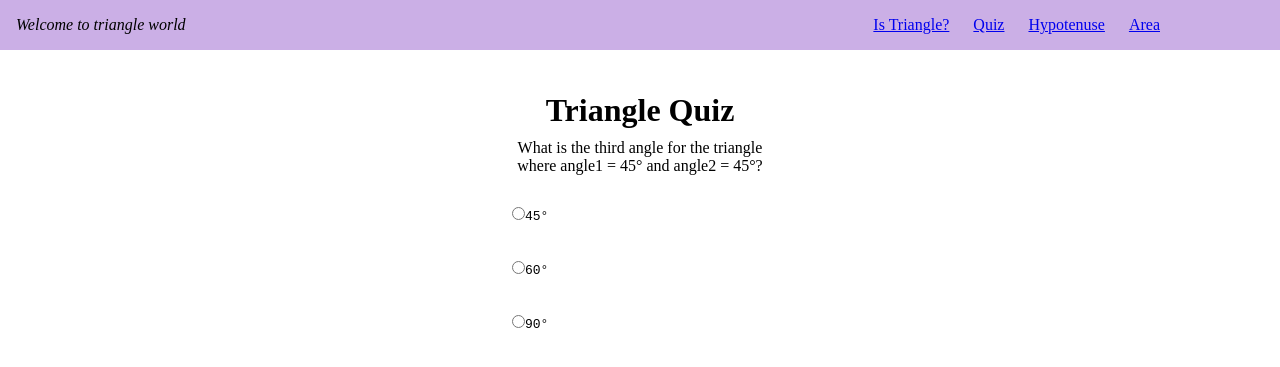
Repository: patelamancode/Fun-with-trianles
Page: quiz.html
An editor plug-in stored every save of this project. The page is shown before and after the next save, followed by the edit.
The browser window is 1280 px wide. The pictures show the whole page.

Above is the page before, as saved 2022-11-28 19:03:54.
Console error: TypeError: Cannot read properties of null (reading 'addEventListener')

### quiz.html
<!DOCTYPE html>
<html lang="en">
<head>
    <meta charset="UTF-8">
    <meta http-equiv="X-UA-Compatible" content="IE=edge">
    <meta name="viewport" content="width=device-width, initial-scale=1.0">
    <link rel="stylesheet" href="index.css">
    <title>Quiz-page</title>
</head>
<body>
    <nav id="navbar">
        <p id="nav-title">Welcome to triangle world</p>
        <div id="nav-links">
            <a href="index.html" id="Is-triangle">Is Triangle?</a>
            <a href="quiz.html" id="Is-triangle">Quiz</a>
            <a href="hypotenuse.html" id="hypo">Hypotenuse</a>
            <a href="area.html" id="area">Area</a>
        </div>
    </nav>
    <div id="main-container">
        <h1>Triangle Quiz</h1>
        <form >
            <div class="question-container">
                <p>What is the third angle for the triangle where angle1 = 45° and angle2 = 45°?</p>
                <label for="value1"><input type="radio" name="question1" />45°</label>
                <label for="value2"><input type="radio" name="question1" />60°</label>
                <label for="value3"><input type="radio" name="question1" />90°</label>
            </div>
        </form>
    </div>
    <script src="index.js"></script>
</body>
</html>

### index.css
* {
  margin: 0;
  padding: 0;
}

#navbar {
  background-color: rgba(143, 82, 201, 0.459);
  display: flex;
  flex-direction: row;
  justify-content: space-between;
  padding: 1rem;
}
#nav-title {
  font-style: italic;
  font-weight: 300;
  font-size: medium;
}
#nav-links {
  display: flex;
  flex-direction: row;
  justify-content: space-around;
  margin-right: 5rem;
}

#nav-links a {
    display: flex;
    margin-right: 1.5rem;
    cursor: pointer;
}

#main-container {
  display: flex;
  flex-direction: column;
  width: 40vw;
  margin: auto;
  margin-top: 2rem;
  padding: 10px;
  text-align: center;
}

.app-title {
  margin: 2rem 0 0 0;
}

#error-check-for-angles{
  background-color: yellow;
  display: none;
  padding: 0.5rem;
}

label {
  margin-top: 2rem;
  margin-bottom: 0.3rem;
  text-align: left;
  font-family: monospace;
}
input {
  border: 2px solid rgb(134, 55, 207);
  border-radius: 5px;
  padding: 5px;
}

/* For Quiz page */

.question-container{
  display: flex;
  flex-direction: column;
  width: 20vw;
  margin: auto;
  padding: 10px;

}



#check-btn {
  margin: auto;
  text-align: center;
  margin-top: 2rem;
  width: 40%;
  padding: 5px 0px;
  background-color: rgba(143, 82, 201, 0.521);
  border: 1px solid;
  border-radius: 5px;
}
#result-display {
    display: none;
    padding-top: 1rem;
    font-style: italic;
    margin: auto;
  }

### index.js
const angle1 = document.querySelector('#angle1-input');
const angle2 = document.querySelector('#angle2-input');
const angle3 = document.querySelector('#angle3-input');
const button = document.querySelector('#check-btn');
const output = document.querySelector('#result-display');
const errorForInputs = document.querySelector('#error-check-for-angles');

// function errorForInputs(msg){
//     errorForInputs.style.display = "flex";
//     errorForInputs.innerText = msg;
// }
function showOutputMessage(msg){
    output.style.display = "flex";
    output.innerText = msg;
}
// For Is triangle :
function calculateSumOfAngles(input1,input2,input3){
    const sumOfAngles = input1 +input2 +input3;
    if(sumOfAngles === 180){
        showOutputMessage("Yeah..🤗This is a triangle");
    }else {
        showOutputMessage("Please enter some valid inputs to form a triangle 🤪");
    }
}
function isTriangle(){
    var num1 = Number(angle1.value);
    var num2 = Number(angle2.value);
    var num3 = Number(angle3.value);
    if(!num1 || !num2 || !num3){
        console.log("Please make sure about all inputs as per mention format");
    }else {
        calculateSumOfAngles(num1,num3,num3);
    }
}

// For Quiz :





button.addEventListener('click', function(){
    isTriangle();
})

After the next save:
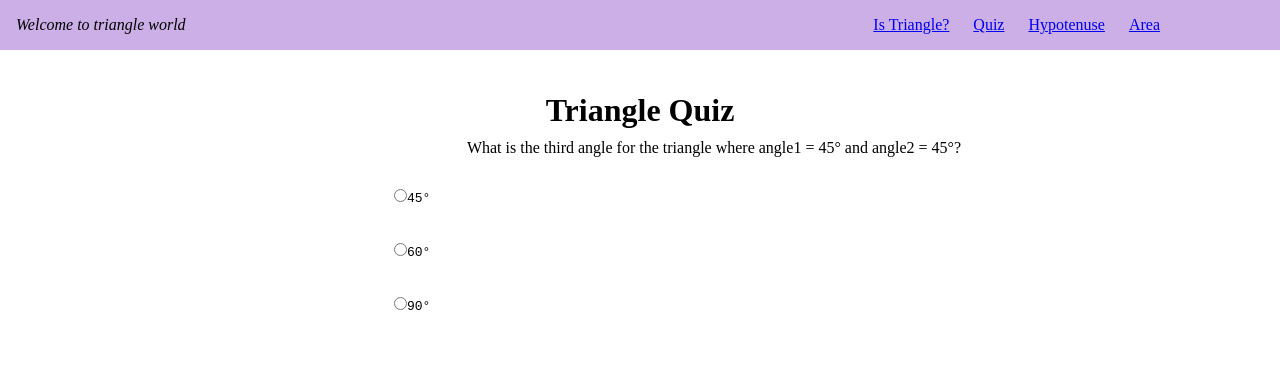
Saved 7 s later.
--- a/index.css
+++ b/index.css
@@ -65,7 +65,7 @@ input {
 .question-container{
   display: flex;
   flex-direction: column;
-  width: 20vw;
+  width: 50vw;
   margin: auto;
   padding: 10px;
 
